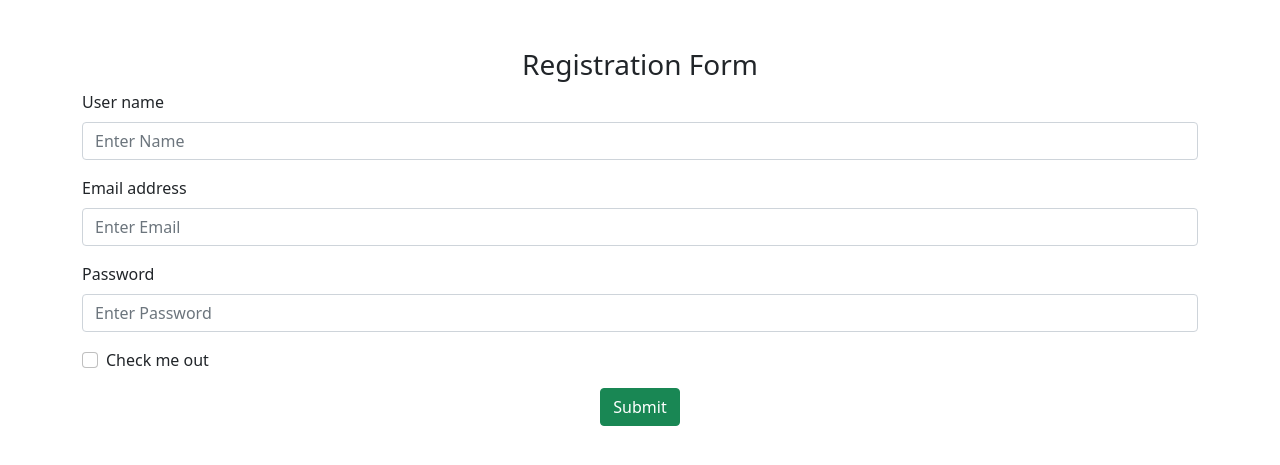
Repository: IamPawan777/spring-MCV
Page: http://localhost/p4.1-sending-data-to-controller/form
These files come from the project's save history. The page is drawn as it stood at one moment and after the next save; the edit follows.
The browser window is 1280 px wide. The pictures show the whole page.
The page is served by Tomcat 9.

Above is the page before, as saved 2025-01-13 13:52:55.

### p4.1-sending-data-to-controller/src/main/webapp/WEB-INF/spring-servlet.xml
<?xml version="1.0" encoding="UTF-8"?>
<beans xmlns="http://www.springframework.org/schema/beans"
	xmlns:p="http://www.springframework.org/schema/p"
	xmlns:util="http://www.springframework.org/schema/util"
	xmlns:context="http://www.springframework.org/schema/context"
	xmlns:xsi="http://www.w3.org/2001/XMLSchema-instance"
	xsi:schemaLocation="http://www.springframework.org/schema/beans
 	https://www.springframework.org/schema/beans/spring-beans.xsd
 	http://www.springframework.org/schema/util
 	https://www.springframework.org/schema/util/spring-util.xsd
 	http://www.springframework.org/schema/context
 	https://www.springframework.org/schema/context/spring-context.xsd">

 	<context:component-scan base-package="org.spring"/>


	<bean class="org.springframework.web.servlet.view.InternalResourceViewResolver" name="viewResolver">
		<property name="prefix" value="/WEB-INF/pages/" />
		<property name="suffix" value=".jsp" />
	</bean>




</beans>

### p4.1-sending-data-to-controller/src/main/webapp/WEB-INF/pages/form.jsp
<%@ page language="java" contentType="text/html; charset=UTF-8"
	pageEncoding="UTF-8"%>
<!doctype html>
<html lang="en">
<head>
<!-- Required meta tags -->
<meta charset="utf-8">
<meta name="viewport" content="width=device-width, initial-scale=1">

<!-- Bootstrap CSS -->
<link
	href="https://cdn.jsdelivr.net/npm/bootstrap@5.0.2/dist/css/bootstrap.min.css"
	rel="stylesheet"
	integrity="sha384-EVSTQN3/azprG1Anm3QDgpJLIm9Nao0Yz1ztcQTwFspd3yD65VohhpuuCOmLASjC"
	crossorigin="anonymous">

<title>Hello, world!</title>
</head>
<body>

	<div class="container mt-5" >
	<h3 class="text-center text-capitalize" >Registration Form</h3>
		<form>
			<div class="mb-3">
				<label for="exampleInputText" class="form-label">User
					name</label> <input type="text" class="form-control"
					id="exampleInputText" aria-describedby="emailHelp" placeholder="Enter Name">
			</div>

			<div class="mb-3">
				<label for="exampleInputEmail1" class="form-label">Email
					address</label> <input type="email" class="form-control"
					id="exampleInputEmail1" aria-describedby="emailHelp"  placeholder="Enter Email">
			</div>

			<div class="mb-3">
				<label for="exampleInputPassword1" class="form-label">Password</label>
				<input type="password" class="form-control"
					id="exampleInputPassword1"  placeholder="Enter Password">
			</div>

			<div class="mb-3 form-check">
				<input type="checkbox" class="form-check-input" id="exampleCheck1">
				<label class="form-check-label" for="exampleCheck1">Check me
					out</label>
			</div>

			<div class="container text-center" >
				<button type="submit" class="btn btn-success">Submit</button>
			</div>
		</form>
	</div>

	<!-- Optional JavaScript; choose one of the two! -->

	<!-- Option 1: Bootstrap Bundle with Popper -->
	<script
		src="https://cdn.jsdelivr.net/npm/bootstrap@5.0.2/dist/js/bootstrap.bundle.min.js"
		integrity="sha384-MrcW6ZMFYlzcLA8Nl+NtUVF0sA7MsXsP1UyJoMp4YLEuNSfAP+JcXn/tWtIaxVXM"
		crossorigin="anonymous"></script>

	<!-- Option 2: Separate Popper and Bootstrap JS -->
	<!--
    <script src="https://cdn.jsdelivr.net/npm/@popperjs/core@2.9.2/dist/umd/popper.min.js" integrity="sha384-IQsoLXl5PILFhosVNubq5LC7Qb9DXgDA9i+tQ8Zj3iwWAwPtgFTxbJ8NT4GN1R8p" crossorigin="anonymous"></script>
    <script src="https://cdn.jsdelivr.net/npm/bootstrap@5.0.2/dist/js/bootstrap.min.js" integrity="sha384-cVKIPhGWiC2Al4u+LWgxfKTRIcfu0JTxR+EQDz/bgldoEyl4H0zUF0QKbrJ0EcQF" crossorigin="anonymous"></script>
    -->
</body>
</html>

### p4.1-sending-data-to-controller/src/main/java/org/spring/FormController.java
package org.spring;

import org.springframework.stereotype.Controller;
import org.springframework.web.bind.annotation.RequestMapping;

@Controller
public class FormController {

	@RequestMapping("/form")
	public String showFrpm() {
		return "form";
	}
}

### p4.1-sending-data-to-controller/src/main/java/org/spring/MainController.java
package org.spring;

import org.springframework.stereotype.Controller;
import org.springframework.web.bind.annotation.RequestMapping;
import org.springframework.web.bind.annotation.RequestMethod;

@Controller
public class MainController {

	@RequestMapping(path = "/home", method = RequestMethod.GET)
	public String putData() {
		System.out.println("Home method call........");
		return "home";
	}

}

After the next save:
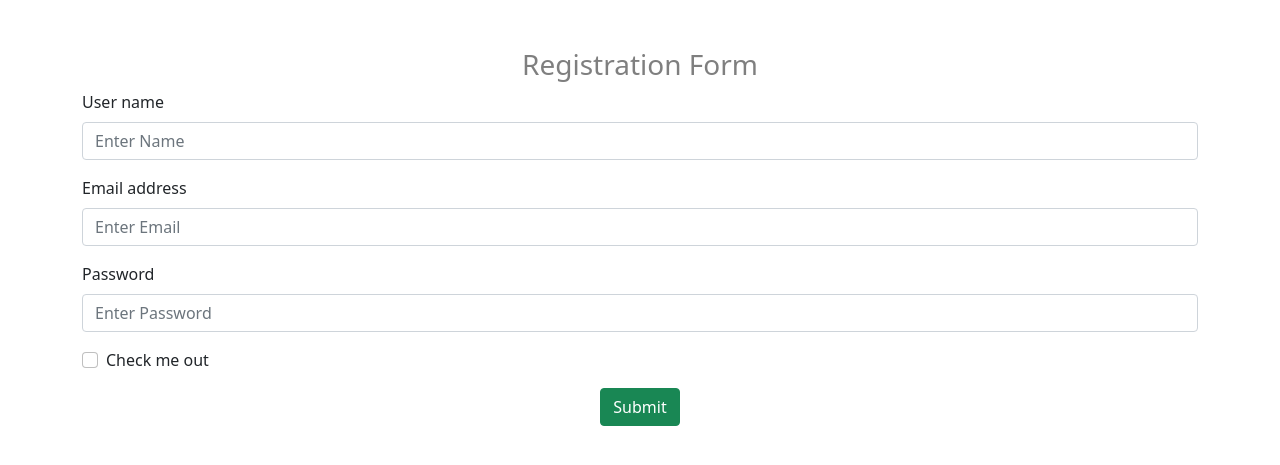
Saved 17 s later.
--- a/p4.1-sending-data-to-controller/src/main/webapp/WEB-INF/pages/form.jsp
+++ b/p4.1-sending-data-to-controller/src/main/webapp/WEB-INF/pages/form.jsp
@@ -19,7 +19,7 @@
 <body>
 
 	<div class="container mt-5" >
-	<h3 class="text-center text-capitalize" >Registration Form</h3>
+	<h3 class="text-center text-black-50" >Registration Form</h3>
 		<form>
 			<div class="mb-3">
 				<label for="exampleInputText" class="form-label">User

After the save that followed:
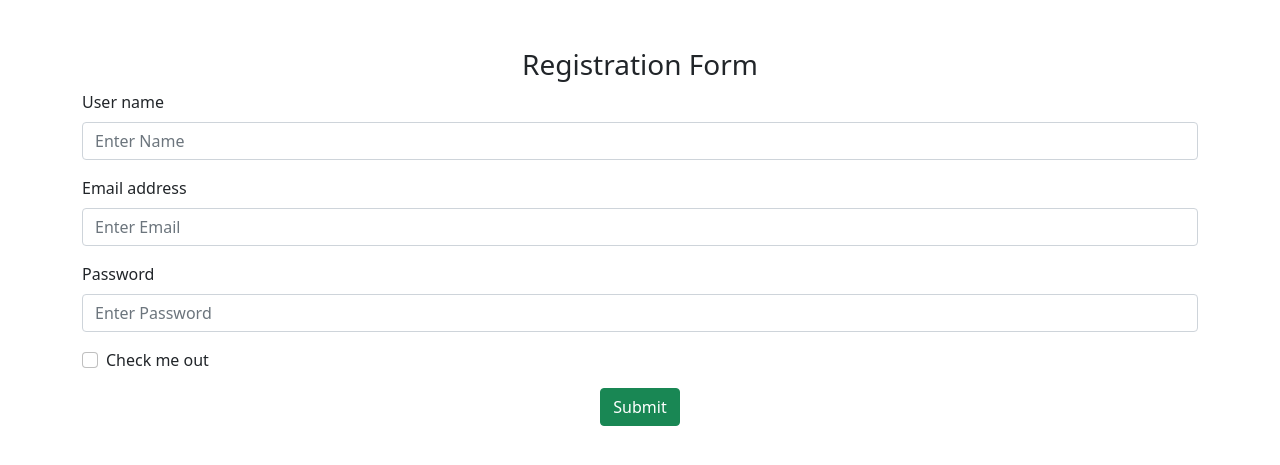
Saved 13 s later.
--- a/p4.1-sending-data-to-controller/src/main/webapp/WEB-INF/pages/form.jsp
+++ b/p4.1-sending-data-to-controller/src/main/webapp/WEB-INF/pages/form.jsp
@@ -19,7 +19,7 @@
 <body>
 
 	<div class="container mt-5" >
-	<h3 class="text-center text-black-50" >Registration Form</h3>
+	<h3 class="text-center text-black" >Registration Form</h3>
 		<form>
 			<div class="mb-3">
 				<label for="exampleInputText" class="form-label">User
